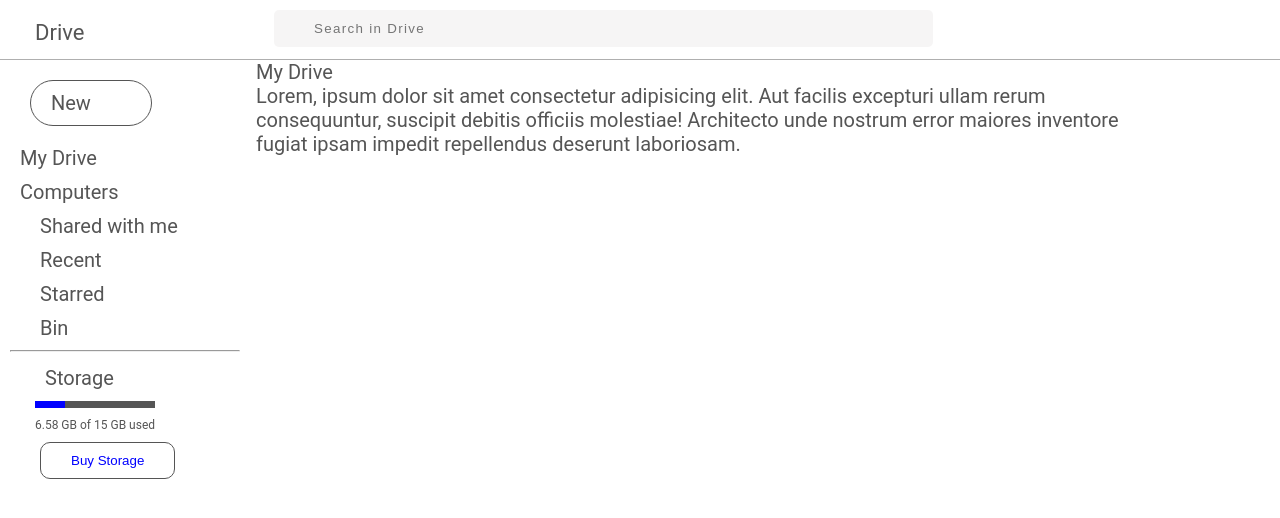
Repository: smit1298/driveclone
Page: index.html
The author's editor kept a copy of each file at every save. The page is drawn from the files as they stood at one save, then again after the next save.
The browser window is 1280 px wide. The pictures show the whole page.
Some icons come from a web library that is not loaded, so they are not drawn.

Above is the page before, as saved 2022-02-14 23:19:17.

### index.html
<!DOCTYPE html>
<html lang="en">

<head>
    <meta charset="UTF-8">
    <meta http-equiv="X-UA-Compatible" content="IE=edge">
    <meta name="viewport" content="width=device-width, initial-scale=1.0">
    <link rel="stylesheet" href="index.css">
    <title>Google Drive</title>
</head>

<body>
    <section class="main">
        <section class="top">
            <section class="logo">
                <span class="iconify" data-icon="logos:google-drive"></span>
                <a href="http://">Drive</a>
            </section>

            <section id="search">
                <input type="text" placeholder="Search in Drive">
                <span class="iconify search" data-icon="ci:search"></span>
                <span class="iconify horizontal" data-icon="akar-icons:settings-horizontal"></span>
            </section>

            <section class="icons">
                <span class="one">
                    <span class="iconify" data-icon="ant-design:question-circle-outlined"></span>
                    <span class="iconify" data-icon="clarity:settings-line"></span>
                </span>

                <span class="two">
                    <span class="iconify" data-icon="fe:app-menu"></span>
                    <span class="iconify" data-icon="carbon:user-avatar-filled"></span>
                </span>
            </section>

        </section>

    </section>

    <section id="grid">
        <aside>
            <section class="new">
                <p>
                    <a href=""><span class="iconify" data-icon="bx:plus-medical"></span>
                        New
                    </a>
                </p>
            </section>

            <section class="details">
                <section class="drive">
                    <p> <span class="iconify" data-icon="bx:caret-right"></span>
                        <span class="iconify" data-icon="fa6-regular:hard-drive"></span>
                        <a href="">My Drive</a>
                    </p>
                </section>

                <section class="computers">
                    <p> <span class="iconify" data-icon="bx:caret-right"></span><span class="iconify"
                            data-icon="clarity:computer-solid"></span>
                        <a href=""> Computers </a>
                    </p>
                </section>

                <section class="down">
                    <section class="shared">
                        <p>
                            <span class="iconify" data-icon="ic:outline-people-alt"></span>
                            <a href="">Shared with me</a>
                        </p>
                    </section>

                    <section class="recent">
                        <p>
                            <span class="iconify" data-icon="fontisto:clock"></span>
                            <a href="">Recent</a>
                        </p>
                    </section>

                    <section class="starred">
                        <p> <span class="iconify" data-icon="bi:star"></span>
                            <a href="">Starred</a>
                        </p>
                    </section>

                    <section class="bin">
                        <p>
                            <span class="iconify" data-icon="ri:delete-bin-6-line"></span>
                            <a href="">Bin</a>
                        </p>
                    </section>

                </section>

            </section>
            <hr>
            <aside>

                <section class="storage">
                    <p>
                        <span class="iconify" data-icon="ant-design:cloud-outlined"></span>
                        <a href="">Storage</a>
                    </p>

                    <section class="half">

                        <section class="grey">
                            <section class="blue"></section>
                        </section>

                        <p class="gig">
                            6.58 GB of 15 GB used
                        </p>

                    </section>

                    <section class="button">
                        <button>Buy Storage</button>
                    </section>
            </aside>
        </aside>

        <!-- <hr class="aside"> -->

        <main id="main">
            <article>
                <span class="drive">
                    <p>My Drive</p>
                    <span>
                        <span class="iconify" data-icon="charm:layout-list" data-width="30"></span>
                        <span class="iconify" data-icon="akar-icons:plus" data-width="30"></span>
                    </span>
                </span>


                <p>Lorem, ipsum dolor sit amet consectetur adipisicing elit. Aut facilis excepturi ullam rerum
                    consequuntur,
                    suscipit debitis officiis molestiae! Architecto unde nostrum error maiores inventore fugiat ipsam
                    impedit repellendus deserunt laboriosam.</p>
            </article>
        </main>

        <aside>
            <section id="g-icons">
                <section class="tp">
                    <p>
                        <span class="iconify icons" data-icon="logos:google-calendar" data-width="60"></span>
                    </p>

                    <p>
                        <span class="iconify icons" data-icon="logos:google-keep" data-width="60"></span>
                    </p>

                    <p>
                        <span class="iconify icons" data-icon="ion:checkmark-circle-sharp" style="color: blue;"
                            data-width="60"></span>
                    </p>
                </section>

                <section class="bottom">
                    <span class="iconify" data-icon="akar-icons:plus" data-width="60"></span>
                </section>

            </section>
        </aside>

    </section>


</body>
<script src="https://code.iconify.design/2/2.1.2/iconify.min.js"></script>

</html>

### index.css
* {
  margin: 0;
  padding: 0;
}

body {
  font-size: 1.125rem;
  font-family: "Roboto", sans-serif;
  color: rgb(85, 85, 85);
}

.main {
  padding: 10px 30px;
  border-bottom: 1px solid rgb(175, 175, 175);
}

.top {
  display: grid;
  grid-template-columns: 20% 60% 20%;
  /* padding-bottom: 0px; */
}

.logo {
  font-size: 22px;
  position: relative;
}

.logo .iconify {
  font-size: 40px;
}

.logo > a {
  color: rgb(85, 85, 85);
  text-decoration: none;
  position: absolute;
  top: 10px;
  padding-left: 5px;
}

#search {
  position: relative;
  width: 100%;
}

#search > input {
  background-color: rgba(209, 202, 202, 0.192);
  border-radius: 5px;
  width: 90%;
  height: 95%;
  border-style: none;
}

#search > input::placeholder {
  padding-left: 40px;
  letter-spacing: 0.1em;
}

.search {
  position: absolute;
  left: 10px;
  top: 10px;
  font-size: 25px;
  font-weight: 700;
}

.horizontal {
  position: absolute;
  right: 90px;
  top: 10px;
  font-size: 25px;
  font-weight: 700;
}

.icons {
  font-size: 25px;
  padding-top: 10px;
  margin-left: 10px;
}

.one {
  padding-left: 10px;
  padding-right: 10px;
}

.one > .iconify {
  padding-left: 10px;
  padding-right: 10px;
}

.two {
  padding-left: 10px;
  padding-right: 10px;
}

.two > .iconify {
  padding-left: 10px;
  padding-right: 10px;
}

/* MAIN */

#grid {
  display: grid;
  grid-template-columns: 20% 70% 10%;
}

/* ASIDE */
aside {
  padding-left: 10px;
  width: 90%;
}

p {
  font-size: 20px;
}

.details p {
  margin-bottom: 10px;
}

p > a {
  text-decoration: none;
  color: rgb(85, 85, 85);
  padding-left: 10px;
}

.new {
  width: 100px;
  padding: 10px 10px;
  margin: 20px 20px;
  border-radius: 30px;
  border: 1px solid rgb(85, 85, 85);
}

.down {
  padding-left: 20px;
}

.aside {
  width: 20%;
}

.storage {
  padding-left: 15px;
}

.storage p {
  padding-top: 10px;
}

.storage p > .iconify {
  font-size: 25px;
}

.blue {
  background-color: blue;
  height: 1vh;
  width: 30px;
}
.grey {
  background-color: rgb(85, 85, 85);
  height: 1vh;
  width: 120px;
  margin-top: 10px;
}

.gig {
  font-size: 12px;
  color: rgb(85, 85, 85);
}

aside button {
  padding: 10px 30px;
  margin: 10px 5px;
  border-radius: 10px;
  border-style: none;
  color: blue;
  background-color: white;
  border: 1px solid rgb(85, 85, 85);
}

/* DRIVE */
.drive{
  display: flex;
  width: 100%;
  justify-content: ;
}

/* ASIDE ICONS */
#g-icons {
  width: 100%;
}

.tp {
  padding: 20px 10px;
}

.tp > p{
  /* padding: 10px 10px; */
  font-size: 1px;
}

After the next save:
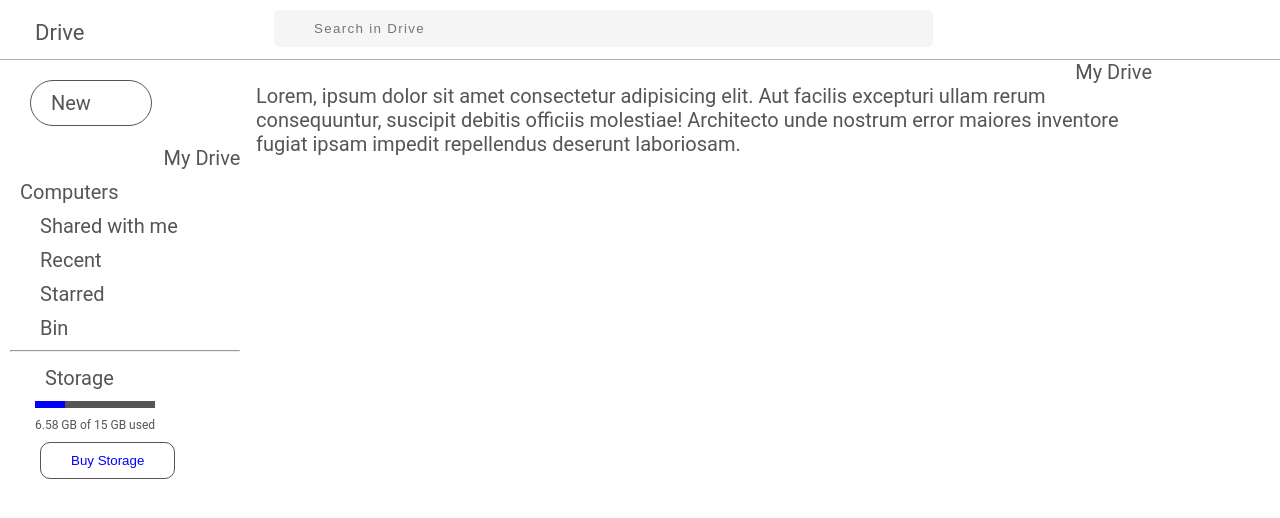
Saved 4 s later.
--- a/index.css
+++ b/index.css
@@ -183,7 +183,7 @@
 .drive{
   display: flex;
   width: 100%;
-  justify-content: ;
+  justify-content: flex-end;
 }
 
 /* ASIDE ICONS */

After the 4 saves that followed:
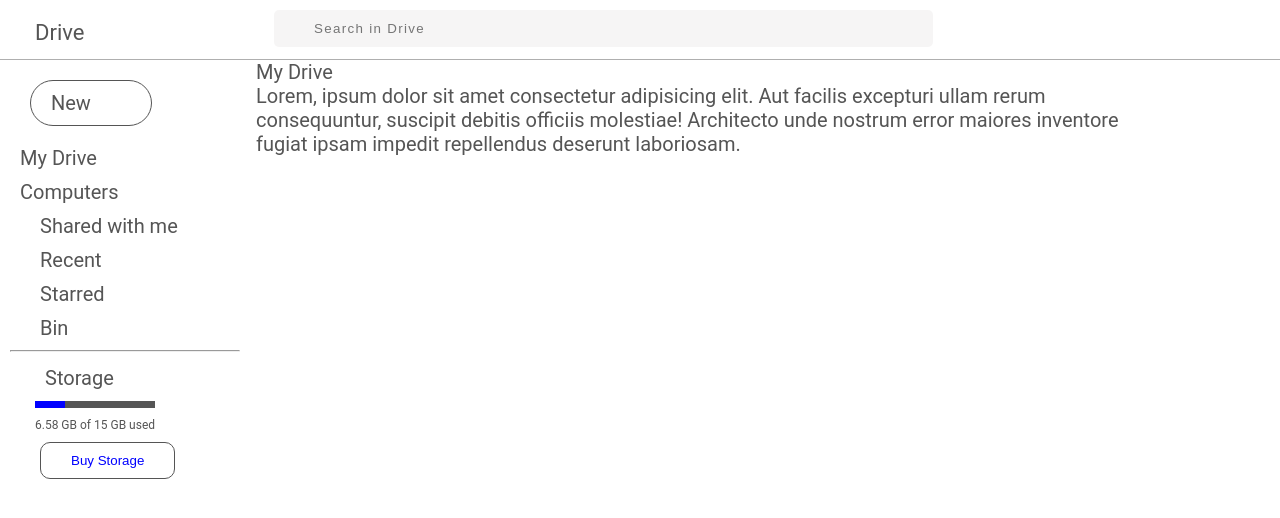
The 4 saves are shown as one change because 3 left the picture as it was.
The last was saved 40 s later.
--- a/index.html
+++ b/index.html
@@ -127,7 +127,7 @@
         <main id="main">
             <article>
                 <span class="drive">
-                    <p>My Drive</p>
+                    <p class="mydrive">My Drive</p>
                     <span>
                         <span class="iconify" data-icon="charm:layout-list" data-width="30"></span>
                         <span class="iconify" data-icon="akar-icons:plus" data-width="30"></span>
--- a/index.css
+++ b/index.css
@@ -183,7 +183,7 @@
 .drive{
   display: flex;
   width: 100%;
-  justify-content: flex-end;
+  justify-content:
 }
 
 /* ASIDE ICONS */
